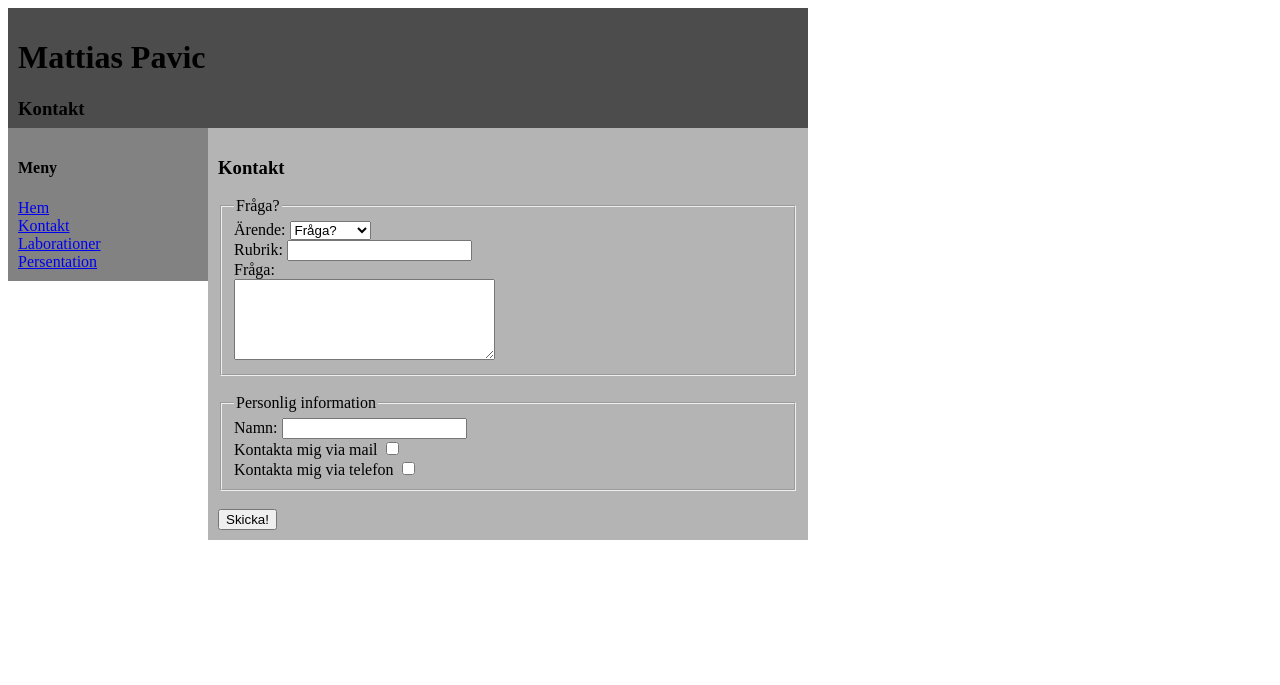
Repository: mp222sf/1ik415-laborationer
Page: pages/kontakt.html
The author's editor kept a record of every edit. The page is drawn from the files as they stood at one moment, then again after the next edit.
The browser window is 1280 px wide. The pictures show the whole page.

Above is the page before.

### pages/kontakt.html
<!doctype html>
<html lang="sv">
    <head>
        <meta charset="utf-8" />
        <title>Mattias Pavic</title>
    </head>
    <body>

        <div id="container" style="width:800px">
            <div id="header" style="padding: 10px;background-color:#4C4C4C;height: 100px;">
                <h1>Mattias Pavic</h1>
                <h3>Kontakt</h3>
            </div>
            <div id="menu" style="padding: 10px;background-color:#828282;width:180px;float:left;">
                <h4>Meny</h4>
                <a href="../index.html">Hem</a><br>
                <a href="kontakt.html">Kontakt</a><br>
                <a href="laborationer.html">Laborationer</a><br>
                <a href="presentation.html">Persentation</a><br>
            </div>

            <div id="content" style="padding: 10px;background-color:#B4B4B4;width:580px;float:left;">
                <!--Här skriver vi infomation.-->
                <h3 id="kontakt">Kontakt</h3>

                <form action="http://voyager.lnu.se/tekinet/kurser/dtt/wp_webbintro/form.php" method="POST">
                    <fieldset>
                    <legend>Fråga?</legend>
                    Ärende: <select name="arende">
                        <option value="arende_fraga" selected>Fråga?</option>
                        <option value="arende_feedback">Feedback</option>
                    </select><br>
                    Rubrik: <input type="text" name="rubrik" /><br>
                    Fråga:<br> <textarea rows="5" cols="30" name="fraga"></textarea></fieldset><br>
                    <fieldset>
                    <legend>Personlig information</legend>
                    Namn: <input type="text" name="namn" /><br>
                    Kontakta mig via mail <input type="checkbox" name="g1[]" value="kontakt_mail" /><br>
                    Kontakta mig via telefon <input type="checkbox" name="g1[]" value="kontakt_telefon" /></fieldset><br>
                    <input type="submit" value="Skicka!" />
                </form>

            </div>

        </div>



    </body>
</html>

After the next edit:
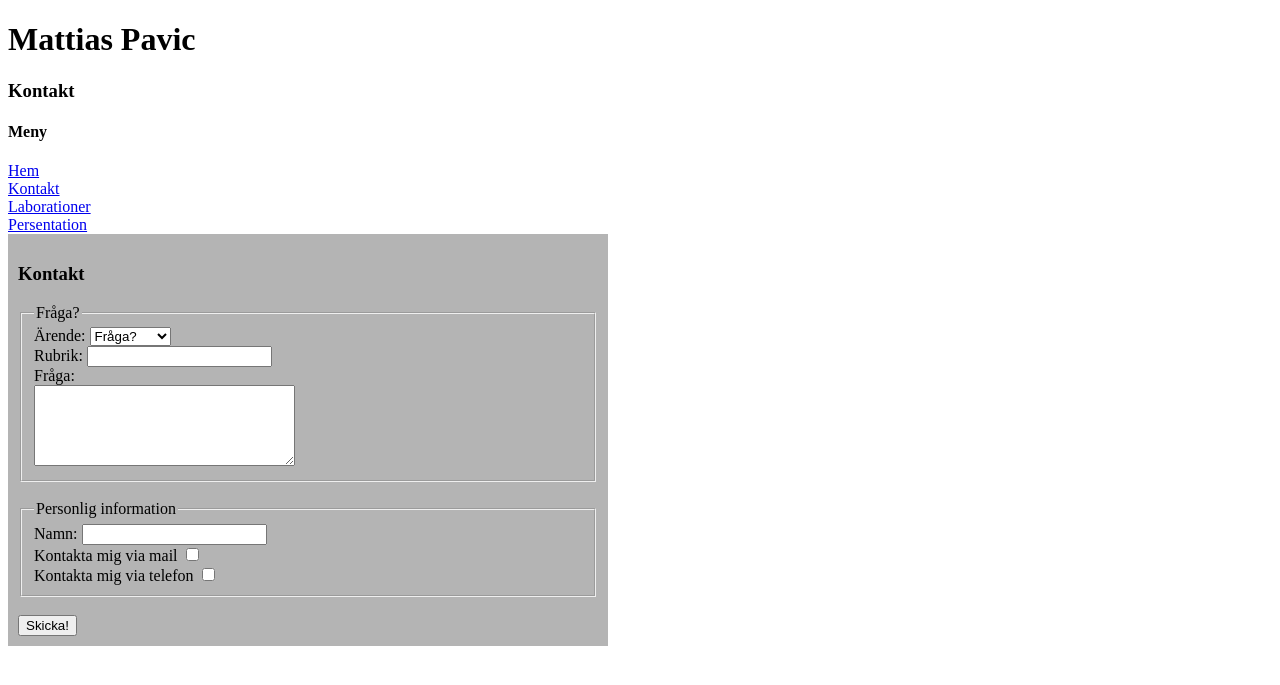
The edit:
--- a/pages/kontakt.html
+++ b/pages/kontakt.html
@@ -6,12 +6,9 @@
     </head>
     <body>
 
-        <div id="container" style="width:800px">
-            <div id="header" style="padding: 10px;background-color:#4C4C4C;height: 100px;">
-                <h1>Mattias Pavic</h1>
+                  <h1>Mattias Pavic</h1>
                 <h3>Kontakt</h3>
-            </div>
-            <div id="menu" style="padding: 10px;background-color:#828282;width:180px;float:left;">
+
                 <h4>Meny</h4>
                 <a href="../index.html">Hem</a><br>
                 <a href="kontakt.html">Kontakt</a><br>
